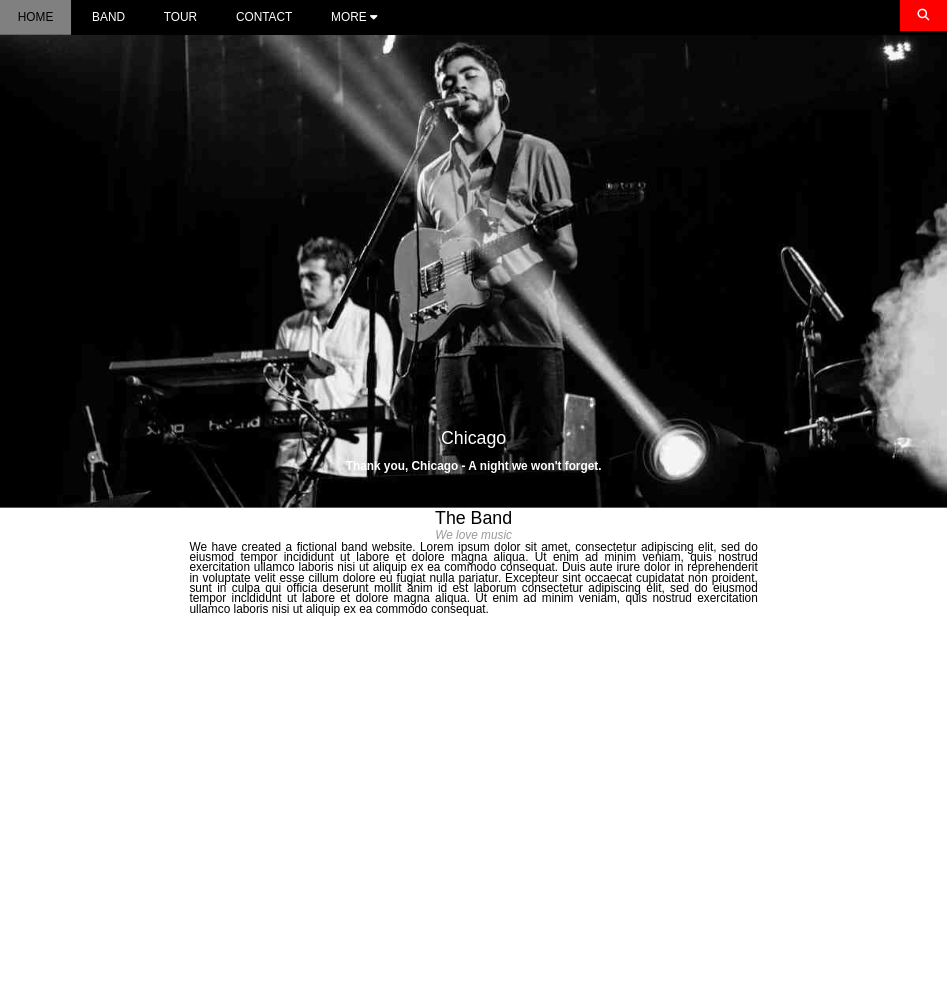
Repository: ngotranphuongbao/theband
Page: index.html
These files come from the project's save history. The page is drawn as it stood at one moment and after the next save; the edit follows.
The browser window is 1280 px wide. The pictures show the whole page, at 74% of full size.
Some web libraries are served in a nearby version.

Above is the page before, as saved 2022-12-21 19:24:06.

### index.html
<!DOCTYPE html>
<html lang="en">
<head>
    <meta charset="UTF-8">
    <meta http-equiv="X-UA-Compatible" content="IE=edge">
    <meta name="viewport" content="width=device-width, initial-scale=1.0">
    <title>Document</title>
    <link rel="stylesheet" href="./assets/css/style.css">
    <script src="https://kit.fontawesome.com/55a0c61423.js" crossorigin="anonymous"></script>
</head>
<body>
    <div id="main">
        <div id="header">
            <ul id="nav">
                <li><a href="">Home</a></li>
                <li><a href="">Band</a></li>
                <li><a href="">Tour</a></li>
                <li><a href="">Contact</a></li>
                <li>
                    <a href="">
                        More
                        <i class="fa fa-caret-down"></i>
                    </a>
                    <ul id="subnav">
                        <li><a href="">Merchandise</a></li>
                        <li><a href="">Extras</a></li>
                        <li><a href="">Media</a></li>
                    </ul>
                </li>
            </ul>
            <div id="search">
                <i class="fa fa-search"></i>
            </div>
        </div>

        <div id="slider">
            <div id="slider-caption">
                <h3>Chicago</h3>
                <p><b>Thank you, Chicago - A night we won't forget.</b></p>
            </div>

        </div>

        <div id="content">
            <div id="the-band">
                <h2 class="content-title">The Band</h2>
                <p class="content-subtitle">We love music</p>
                <p id="the-band-about">We have created a fictional band website. Lorem ipsum dolor sit amet, consectetur adipiscing elit, sed do eiusmod tempor incididunt ut labore et dolore magna aliqua. Ut enim ad minim veniam, quis nostrud exercitation ullamco laboris nisi ut aliquip ex ea commodo consequat. Duis aute irure dolor in reprehenderit in voluptate velit esse cillum dolore eu fugiat nulla pariatur. Excepteur sint occaecat cupidatat non proident, sunt in culpa qui officia deserunt mollit anim id est laborum consectetur adipiscing elit, sed do eiusmod tempor incididunt ut labore et dolore magna aliqua. Ut enim ad minim veniam, quis nostrud exercitation ullamco laboris nisi ut aliquip ex ea commodo consequat.</p>

            </div>

            <div id="tour-dates">

            </div>

            <div id="contact">

            </div>

            <div id="picture">

            </div>

        </div>

        <div id="footer">

        </div>
    </div>

</body>
</html>

### assets/css/style.css
* {
    padding: 0px;
    margin: 0px;
    box-sizing: border-box;
}

html {
    font-family: Arial, Helvetica, sans-serif;
}

#main {

}

#header {
    height: 46.5px;
    background-color: black;
    position: fixed;
    top: 0px;
    left: 0px;
    right: 0px;
    z-index: 1;
}

#nav {
    display: inline-block;
}
#nav > li {
    display: inline-block;
    padding: 12px 24px;
    position: relative;
}

#nav > li > a {
    line-height: 22.5px;
    text-decoration: none;
    text-transform: uppercase;
    color: white;
}

#nav > li:hover {
    background-color: grey;
}

#nav > li:hover > a {
    color: black;
}

#subnav {
    display: none;
    position: absolute;
    top: 45px;
    left: 0px;
    box-shadow: 0px 0px 10px rgba(0, 0, 0, 0.3);
    background-color: white;
}

#subnav > li {
    display: block;
    width: 160px;
    height: 38.5px;
    padding: 8px 16px;
}

#subnav > li:hover {
    background-color: grey;
}

#nav > li:hover > #subnav {
    display: block;
}

#subnav > li > a {
    text-decoration: none;
    color: black;
}

.fa-caret-down {
    width: 8.575px;
    height: 15px;
}

#search {
    float: right;
    padding: 12px 24px;
    background-color: red;
    cursor: pointer;
}

.fa-search {
    line-height: 22.5px;
    color: white;
}
#slider {
    margin-top: 45.6px;
    padding-top: 50%;
    background: url(/assets/image/slider/chicago.jpg) top center / cover no-repeat;
    position: relative;
}

#slider-caption {
    position: absolute;
    bottom: 32px;
    width: 100%;
    text-align: center;
}

#slider-caption > p {
    margin: 15px;
    color: white;
}

#slider-caption > h3 {
    margin-bottom: 10px;
    color: white;
    font-weight: 400;
    font-size: 24px;
}


#content {

}

#the-band {
    width: 768px;
    height: 671.588px;
    margin: auto;
}

.content-title {
    text-align: center;
    font-weight: 400;
}

.content-subtitle {
    text-align: center;
    font-style: italic;
    opacity: 0.4;
}

#the-band-about {
    text-align: justify;
    line-height: 14px;
}
#footer {

}

After the next save:
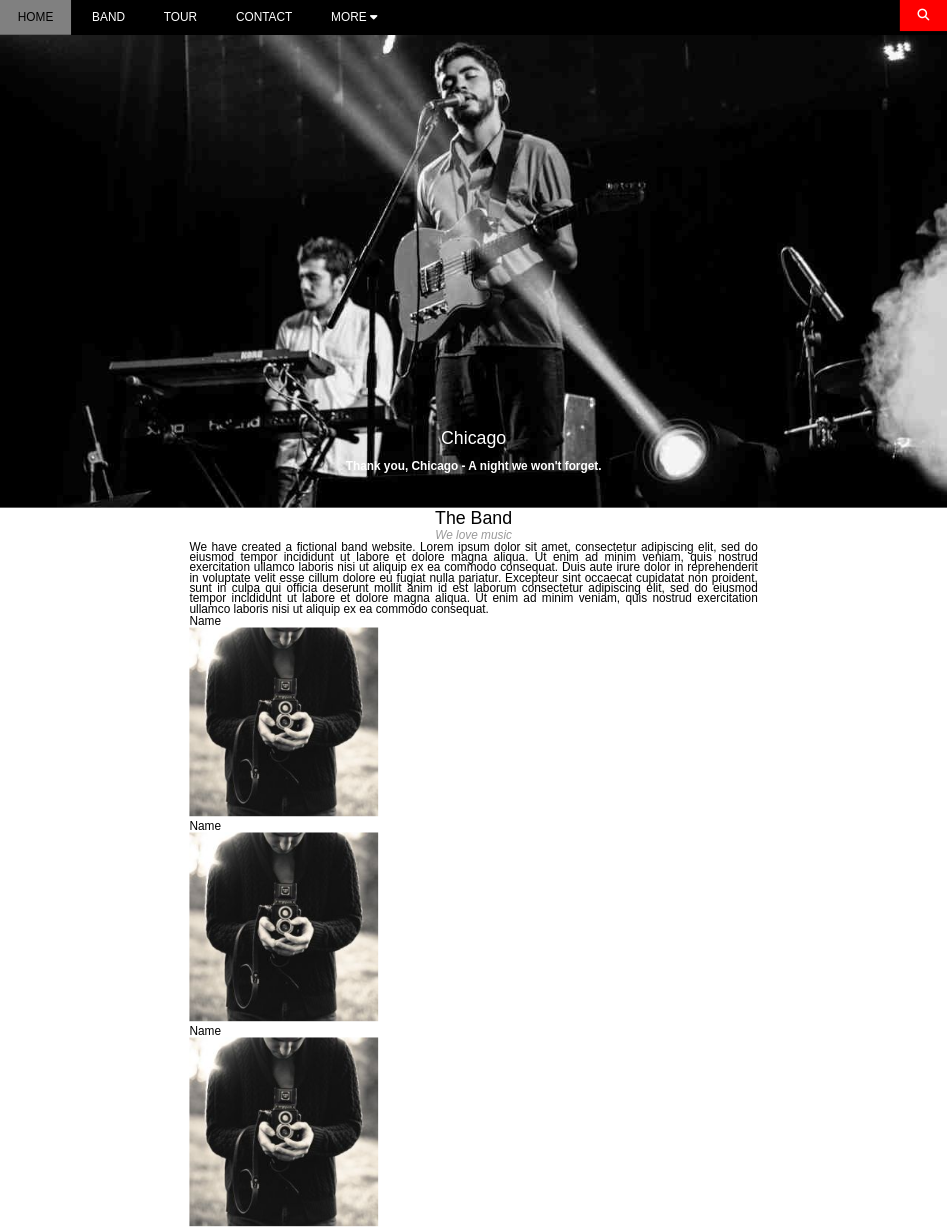
Saved 4 min 44 s later.
--- a/index.html
+++ b/index.html
@@ -46,7 +46,22 @@
                 <h2 class="content-title">The Band</h2>
                 <p class="content-subtitle">We love music</p>
                 <p id="the-band-about">We have created a fictional band website. Lorem ipsum dolor sit amet, consectetur adipiscing elit, sed do eiusmod tempor incididunt ut labore et dolore magna aliqua. Ut enim ad minim veniam, quis nostrud exercitation ullamco laboris nisi ut aliquip ex ea commodo consequat. Duis aute irure dolor in reprehenderit in voluptate velit esse cillum dolore eu fugiat nulla pariatur. Excepteur sint occaecat cupidatat non proident, sunt in culpa qui officia deserunt mollit anim id est laborum consectetur adipiscing elit, sed do eiusmod tempor incididunt ut labore et dolore magna aliqua. Ut enim ad minim veniam, quis nostrud exercitation ullamco laboris nisi ut aliquip ex ea commodo consequat.</p>
+                <div id="the-band-member">
+                    <div class="member">
+                        <p class="member-name">Name</p>
+                        <img src="/assets/image/member/bandmember.jpg" alt="" class="member-photo">
+                    </div>
 
+                    <div class="member">
+                        <p class="member-name">Name</p>
+                        <img src="/assets/image/member/bandmember.jpg" alt="" class="member-photo">
+                    </div>
+
+                    <div class="member">
+                        <p class="member-name">Name</p>
+                        <img src="/assets/image/member/bandmember.jpg" alt="" class="member-photo">
+                    </div>
+                </div>
             </div>
 
             <div id="tour-dates">
